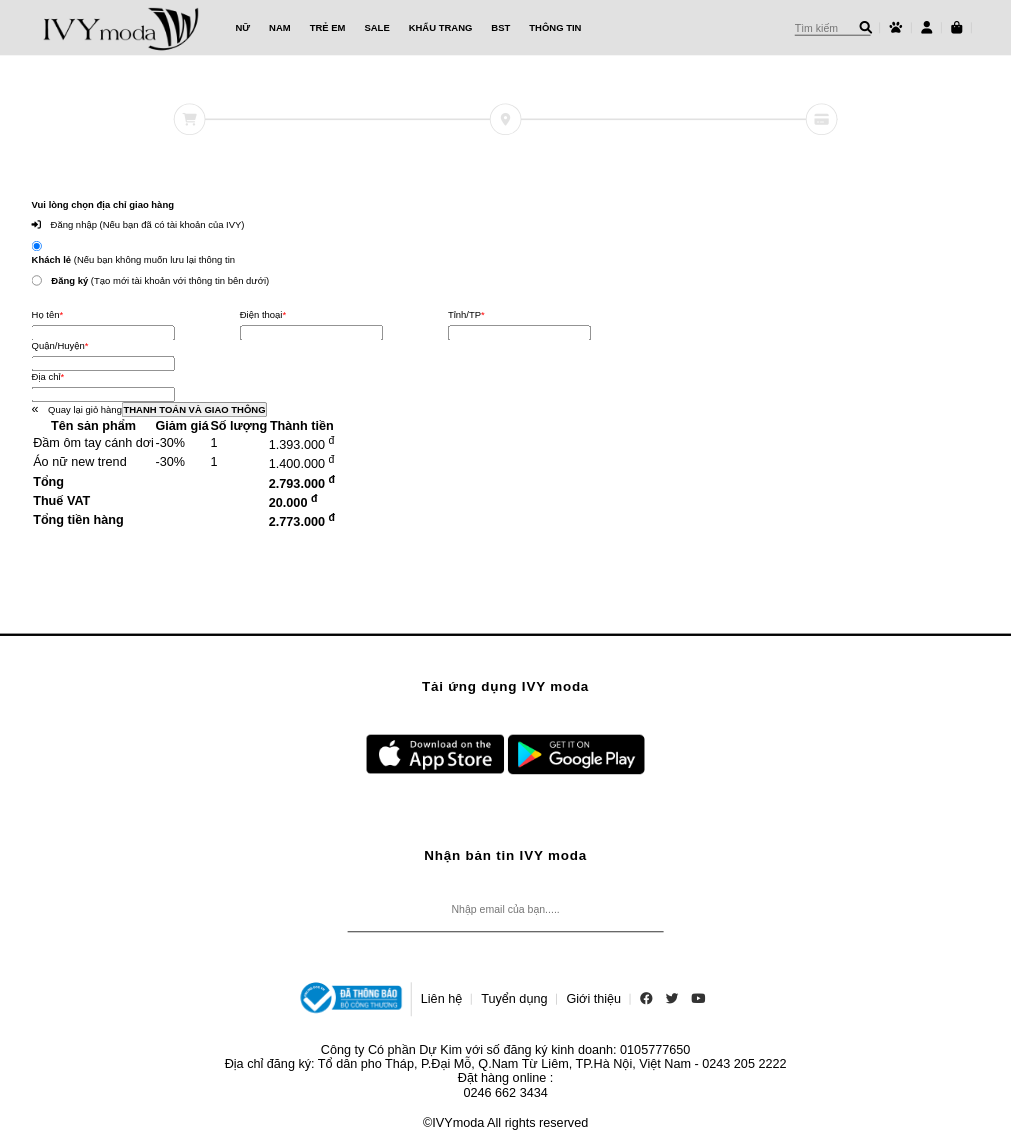
Repository: dinhvanbinh2310/ivy-moda
Page: delivery.html
The author's editor kept a copy of each file at every save. The page is drawn from the files as they stood at one save, then again after the next save.
The browser window is 1280 px wide. The pictures show the whole page, at 79% of full size.

Above is the page before, as saved 2022-05-08 21:30:46.

### delivery.html
<!DOCTYPE html>
<html lang="en">
<head>
    <meta charset="UTF-8">
    <meta http-equiv="X-UA-Compatible" content="IE=edge">
    <meta name="viewport" content="width=device-width, initial-scale=1.0">
    <link rel="stylesheet" href="./fontawesome-free-6.1.1-web/css/all.css">
    <link rel="stylesheet" href="./css/style.css">
    <title>IVY moda</title>
</head>
<body>
<header>
    <div class="logo">
        <img src="./Images/logo.png" alt="logo" class="logo">
    </div>
    <div class="menu">
        <li><a href="">NỮ</a>
            <ul class="sub-menu">
                <li> <a href="">Hàng mới về</a>
                </li>
                <li> <a href="">Collection</a>
                </li>
                <li> <a href=""> Áo</a>
                    <ul>
                        <li> <a href="">Áo sơ mi</a>
                        </li>
                        <li> <a href="">Áo thun</a>
                        </li>
                        <li> <a href="">Áo khoác</a>
                        </li>
                        <li> <a href="">Áo len</a>
                        </li>
                    </ul>
                </li>
                <li> <a href="">Quần</a>
                    <ul>
                        <li> <a href="">Quần jean</a>
                        </li>
                        <li> <a href="">Quần lửng</a>
                        </li>
                        <li> <a href="">Quần dài</a>
                        </li>
                    </ul>
                </li>
            </ul>
        </li>
        <li><a href="">NAM</a>
        </li>
        <li><a href="">TRẺ EM</a>
        </li>
        <li><a href="">SALE</a>
        </li>
        <li><a href="">KHẨU TRANG</a>
        </li>
        <li><a href="">BST</a>
        </li>
        <li><a href="">THÔNG TIN</a>
        </li>
    </div>
    <div class="others">
        <li>
            <input placeholder="Tìm kiếm" type="text"> <i class="fa-solid fa-magnifying-glass"></i>
        </li>
        <li>
            <a class="fa-solid fa-paw" href=""></a>
        </li>
        <li>
            <a class="fa-solid fa-user" href=""></a>
        </li>
        <li>
            <a class="fa-solid fa-bag-shopping" href=""></a>
        </li>
    </div>
</header>
<!-----------------------------delivery----------------------------->
<section class="delivery">
    <div class="container">
        <div class="delivery-top-wrap">
            <div class="delivery-top">
              <div class="delivery-top-delivery delivery-top-item">
                <i class="fa-solid fa-cart-shopping "></i>
              </div>
              <div class="delivery-top-adress delivery-top-item">
                <i class="fa-solid fa-location-dot"></i>
              </div>
              <div class="delivery-top-payment delivery-top-item">
                <i class="fa-solid fa-credit-card "></i>
              </div>
            </div>
    </div>
    </div>
    <div class="container">
        <div class="delivery-content">
            <div class="delivery-content-left">
               <p>Vui lòng chọn địa chỉ giao hàng </p>
            <div class="delivery-content-left-signin row">
                <i class="fa-solid fa-right-to-bracket"></i>
                <p>Đăng nhập (Nếu bạn đã có tài khoản của IVY)</p>
            </div>
            <div class="delivery-content-left-strange-customers">
                <input checked name="loaikhach" type="radio">
                <p>  <span style="font-weight: bold;">  Khách lẻ</span> (Nếu bạn không muốn lưu lại thông tin</p>
            </div>
                <div class="delivery-content-left-signup row">
                    <input name="loaikhach" type="radio">
                    <p>  <span style="font-weight: bold;"> Đăng ký </span>(Tạo mới tài khoản với thông tin bên dưới)
                    </p>
                </div>
                <div class="delivery-content-left-input-top row">
                    <div class="delivery-content-left-input-top-item">
                        <label for="">Họ tên<span style="color: red;">*</span></label>
                        <input type="text">
                    </div>
                    <div class="delivery-content-left-input-top-item">
                        <label for="">Điện thoại<span style="color: red;">*</span></label>
                        <input type="text">
                    </div>
                    <div class="delivery-content-left-input-top-item">
                        <label for="">Tỉnh/TP<span style="color: red;">*</span></label>
                        <input type="text">
                    </div>
                    <div class="delivery-content-left-input-top-item">
                        <label for="">Quận/Huyện<span style="color: red;">*</span></label>
                        <input type="text">
                    </div>
                </div>
                <div class="delivery-content-left-input-input-bottom">
                    <label for="">Địa chỉ<span style="color: red;">*</span></label>
                    <input type="text">
                </div>
                <div class="delivery-content-left-button row">
                    <a href=""> <span>&#171;</span><p>Quay lại giỏ hàng</p></a>
                    <button><p style="font-weight: bold;">THANH TOÁN VÀ GIAO THÔNG</p> </button>
                </div>
            </div>
            <div class="delivery-content-right">
                <table>
                    <tr>
                    <th>Tên sản phẩm</th>
                    <th>Giảm giá</th>
                    <th>Số lượng</th>
                    <th>Thành tiền</th>
                   </tr>
                   <tr>
                       <td>Đầm ôm tay cánh dơi</td>
                       <td>-30%</td>
                       <td>1</td>
                       <td><p>1.393.000 <sup>đ</sup></p></td>
                   </tr>
                   <tr>
                    <td>Áo nữ new trend</td>
                    <td>-30%</td>
                    <td>1</td>
                    <td><p>1.400.000 <sup>đ</sup></p></td>
                </tr>
                <tr>
                    <td style="font-weight: bold;" colspan="3">Tổng</td>
                    <td style="font-weight: bold;"><p>2.793.000 <sup>đ</sup></p></td>
                </tr>
                <tr>
                    <td style="font-weight: bold;" colspan="3">Thuế VAT</td>
                    <td style="font-weight: bold;"><p>20.000 <sup>đ</sup></p></td>
                </tr>
                <tr>
                    <td style="font-weight: bold;" colspan="3">Tổng tiền hàng</td>
                    <td style="font-weight: bold;"><p>2.773.000 <sup>đ</sup></p></td>
                </tr>
                </table>
            </div>
        </div>
    </div>
</section>


<div class="dot-horizontal">
</div>
<!------------------------------Footer---------------------------------->
<section class="app-container">
  <p>Tải ứng dụng IVY moda</p>
  <div class="app-google">
      <img src="./Images/appstore.png" alt="">
      <img src="./Images/googleplay.png" alt="">
  </div>
  <p>Nhận bản tin IVY moda</p>
  <input type="text" placeholder="Nhập email của bạn.....">
</section>

<div class="footer-top">
  <li>
      <a href=""> <img src="./Images/img-congthuong.png" alt="">
      </a>
  </li>
  <li>Liên hệ</li>
  <li>Tuyển dụng</li>
  <li>Giới thiệu</li>
  <li>
      <a href="" class="fa-brands fa-facebook"></a>
      <a href="" class="fa-brands fa-twitter"></a>
      <a href="" class="fa-brands fa-youtube"></a>
  </li>
</div>
<div class="footer-center">

  <p>
      Công ty Có phần Dự Kim với số đăng ký kinh doanh: 0105777650
      <br> Địa chỉ đăng ký: Tổ dân pho Tháp, P.Đại Mỗ, Q.Nam Từ Liêm, TP.Hà Nội, Việt Nam - 0243 205 2222
      <br> Đặt hàng online :
      <br>0246 662 3434
      <br>
  </p>
</div>
<div class="footer-bottom">
  ©IVYmoda All rights reserved
</div>
</body>
  </html>

### css/style.css
*{
  margin: 0;
  padding: 0;
  box-sizing: border-box;
  font-family: Arial, Helvetica, sans-serif;
}
li{
  list-style: none;
}
a{
  text-decoration: none;
  color: #000;
}
header{
  display: flex;
  justify-content: space-between;
  height: 70px;
  padding: 12px 50px;
  align-items: center;
  position: fixed;
  top: 0;
  left: 0;
  z-index: 1;
  background:#DDDDDDDD;
  width: 100%;
}

.logo{
  flex: 1;
  padding-top: 10px;
 size: 5px;
}
.menu{
  flex: 3;
  display: flex;
}
.menu > li{
  padding: 0 12px;
  position: relative;
}
.menu  li a{
  font-size: 12px;
  font-weight: bold;
  display: block;
  line-height: 20px;
}
.menu > li:hover .sub-menu{
  visibility: visible;
  top: 45px;
}
.sub-menu{
  position: absolute;
  width: 150px;
  border: 1px solid #ccc;
  padding: 10px 0 10px 20px;
  visibility: hidden;
  top: 75px;
  transition: 0.3s;
  z-index: 1;
  background-color: #fff;
}
.sub-menu ul{
  padding-left: 20px;
}
.sub-menu li a{
  font-size: 12px;
  font-weight: normal;
}

.others{
  flex: 1;
  display: flex;
}
.others > li{
  padding: 0 12px;
  position: relative;
}
.others>li::after{
  content: "";
  display: block;
  width: 1px;
  height: 75%;
  background: #cccccc;
  position: absolute;
  right: 0;
  top: 50%;
  transform: translateY(-50%);
}
.others > li:first-child{
  position: relative;

}
.others > li:first-child input{
  width: 100%;
  height: 100%;
  background: #0000;
  border: none;
  border-bottom:1px solid #333 ;
}
.others > li:first-child i{
position: absolute;
right: 10px;
}
.sliders{
  overflow: hidden;
}
.aspect-ratio-169 {
  display: block;
  position: relative;
  padding-top: 56.25%;
  transition: 0.3s;
}
.aspect-ratio-169 img {
  display: block;
  position: absolute;
  width: 100%;
  height: 100%;
  top: 0;
  left: 0;
}
.dot-container{
  position:absolute;
  height: 30px;
  width: 100%;
  display: flex;
  justify-content: center;
  padding-top: 10px;
}
.dot-horizontal{
  border-bottom: 3px solid black;
  padding-top: 30px;
 width: 100%;
 height: 100%;
 size: 100%;
}
.dot{
  height: 16px;
  width: 16px;
  background-color: #ccc;
  border-radius: 50%;
  margin-right: 12px;
  cursor: pointer;
}
.dot.active{
  background-color: #333;
}
/* -------------------------------app---------------------------- */
.app-container{
  text-align: center;
  align-items: center;
  padding: 15px 0 50px 0;
}
.app-google{
  margin:50px;
}
.app-google img{
  height: 50px;
  cursor: pointer;
}
.app-container p{
line-height: 20px;
letter-spacing: 1px;
font-size: 17px;
color:#000;
font-weight: bold;
padding-top: 40px;
}
.app-container input{
  margin-top: 50px;
  border: none;
  border-bottom: 1px solid #000;
  padding-bottom: 20px;
  width: 400px;
  text-align: center;
  outline: none;
}
.footer{
  text-align: center;
}
.footer-top{
  display: flex;
  text-align: center;
  justify-content: center;
  align-items: center;
  margin-bottom: 20px;
  height: 70px;
}
.footer-top img{
  height: 50px;
}
.footer-top li{
  padding: 0 12px;
  position: relative;
}
.footer-top li::after{
  content:"";
  display: block;
  width: 1px;
  height: 80%;
  background-color: #cccccc;
  position: absolute;
  right: 0;
  top: 50%;
  transform: translateY(-50%);
}
.footer-top li:last-child::after{
  display: none;
}
.footer-top li:last-child a{
margin-right: 12px;
color:#333;
}
.footer-center{
  text-align: center;
}
.footer-bottom{
  margin: 20px 0;
  text-align: center;
}
/* Cartegory */
.cartegory{
  padding: 100px 0 0;
}
.container{
  max-width: 1200px;
  margin: auto;
}
.row{
  display: flex;
  flex-wrap: wrap;
}
.cartegory-top{
  margin-bottom: 50px;
}
.cartegory-top p{
  font-family: Arial, Helvetica, sans-serif;
margin: 0 12px;
font-size: 12px;
}
.cartegory-left{
  width: 20%;
}
.cartegory-right{
  width: 80%;
}
.cartegory-right-top-item:first-child{
  flex: 2;
font-size: 16px;
font-family: Arial, Helvetica, sans-serif;
font-weight: bold;
}
.cartegory-right-top-item{
  flex: 1;
  padding: 0 12px;
}
.cartegory-right-top-item button{
  width: 100%;
  padding: 10px 15px;
  display: flex;
  justify-content: space-between;
  background-color: #ffff;
  border: 1px solid #dddd;
  cursor: pointer;
}
.cartegory-right-top-item select{
  width: 100%;
  padding: 10px 15px;
  display: flex;
  justify-content: space-between;
  background-color: #ffff;
  border: 1px solid #dddd;
  cursor: pointer;
}
.cartegory-right-content{
  margin-top: 20px;
  justify-content: space-between;
}
.cartegory-right-content-item{
  width: calc(25% - 12px);
  text-align: center;
  padding: 12px 0;
}
.cartegory-right-content-item h1{
  font-size: 11px;
font-family: Arial, Helvetica, sans-serif;
  margin-top: 6px;
  color: #333333;
}
.cartegory-right-content-item img{
  width: 100%;
}
.cartegory-right-content-item p{
  font-size: 12px;
}
.cartegory-right-bottom{
  justify-content: space-between;
  margin: 30px 0 20px;
  width: 100%;
}
.cartegory-right-bottom p{
  font-family: Arial, Helvetica, sans-serif;
font-size: 11px;
}
.cartegory-left ul li{
  padding: 12px 0;
}
.cartegory-left ul li >a{
  color: black;
  font-size: 16px;
  font-weight: bold;
  font-family: Arial, Helvetica, sans-serif;
}
.cartegory-left ul li ul li{
  padding-left: 10px;
}
.cartegory-left-li ul{
  display: none;
}
.cartegory-left-li.block ul{
  display: block;
}
.cartegory-left ul li ul li a{
  color: #333333;
}
/* -----------------Product------------------ */
.product{
  padding: 100px 0;

}
.product-top{
  margin-bottom: 30px;
}
.product-top p{
  font-family: Arial, Helvetica, sans-serif;
  margin: 0 12px;
  font-size: 12px;
}
.product-content-left{
  width: 50%;
}

.product-content-left-big-img{
  width: 80%;
  padding-right: 20px;
}
.product-content-left-big-img img{
  width: 100%;
}
.product-content-left-small-img{
  width: 20%;
}
.product-content-left-small-img img{
  width: 100%;
  cursor: pointer;
}
.product-content-right{
  width: 50%;
  padding-left: 20px;
}
.product-content-right-product-name{
  font-family: Arial, Helvetica, sans-serif;
font-size: 16px;
}
.product-content-right-product-name p{
  color: #cccc;
  font-size: 12px;
}
.product-content-right-product-price{
  margin: 12px 0;
  font-size: 20px;
  font-weight: bold;
  font-family: Arial, Helvetica, sans-serif;
}
.product-content-right-product-color img{
  width: 30px;
  height: 30px;
  border-radius: 50%;
}
.product-content-right-product-color-img{
  height: 40px;
  width: 40px;
  border: 1px soild #333;
  display: flex;
  align-items: center;
  justify-content: center;
  margin: 12px 0;
}
.size span{
  display: inline-block;
  padding: 3px 6px;
  border: 1px solid #dddddd;
  margin: 12px 10px 12px 0;
  font-size: 17px;
  cursor: pointer;
}
.quantity{
  display: flex;
  margin-bottom: 20px;
}
.quantity input{
  width: 35px;
  padding-left: 3px;
}
.product-content-right-product-button button{
  width: 150px;
  height: 40px;
  display: block;
  margin: 20px 0 12px;
  transition: all 0.3s ease;
}
.product-content-right-product-button button:first-child{
  display: flex;
  justify-content: space-evenly;
  align-items: center;
  background-color: #ffff;
  border: 2px solid black;
  cursor: pointer;
}
.product-content-right-product-button button:first-child:hover{
  background-color: black;
  color: #ffff;
}
.product-content-right-product-button button:last-child{
  color: #BF8A49;
  border: 2px solid #BF8A49;
  background-color: #ffff;
  cursor: pointer;
}
.product-content-right-product-icon {
display: flex;
}
.product-content-right-product-icon p{
  list-style: none;
  color: #000;
  font-weight: 200;
  font-size: 14px;
  font-family: Arial, Helvetica, sans-serif;
  margin-right: 6px;
}
.product-content-right-product-icon-item{
  display: flex;
  margin-right: 12px;
  justify-content: center;
  align-items: center;
}
.product-content-right-product-icon-item i{
  font-size: 12px;
  margin-right: 6px;
  display: flex;
}
.product-content-right-product-icon-item p {
margin-left: 6px;
}
.product-content-right-product-qr img{
  margin: 20px 0;
  width:60px;
  height:60px;
}
.product-content-right-bottom{
  padding-top: 40px;
  border-top: 1px solid #dddd;
  position: relative;

}
.product-content-right-bottom-top{
position: absolute;
width: 30px;
height: 30px;
border: 2px solid #dddd;
display: flex;
justify-content: center;
align-items: center;
background-color: #ffff;
left: 50%;
top: -15px;
border-radius: 50%;
transform: translateX(-50%);
cursor: pointer;
}
.product-content-right-bottom-content-title{
  border-bottom: 2px solid #dddd;
}
.product-content-right-bottom-content-title-item{
  padding: 6px;
  cursor: pointer;
  margin-right: 6px;
}
.product-content-right-bottom-content-title-item p{
  font-family: Arial, Helvetica, sans-serif;
  font-size: 14px;
}
.product-content-right-bottom-content{
  padding-top: 30px;
  color: #3e3e3f;
  font-size: 14px;
 }
 .product-content-right-bottom-content-detail{
   display: none;
 }
 .product-content-right-bottom-content-detail th{
   padding-right: 50px;
   text-align: left;
 }
 .product-content-right-bottom-content-preserve{
  display: none;
 }
.activeB{
  display: none;
}
/*---------------------product related----------------- */
.product-related{
  margin-bottom: 50px;
}
.product-related-title{
  margin: 20px 0;
}
.product-related-title p{
  font-family: Arial, Helvetica, sans-serif;
  font-size: 14px;
  font-weight: bold;
  color: #333;
}
.product-related-item{
  width: 20%;
  text-align: center;
  padding: 0 6px;
}
.product-related-item img{
  width: 100%;
}
.product-related-item h1{
  font-family: Arial, Helvetica, sans-serif;
  font-size: 12px;
  color: #333;
  margin-top: 6px;
}
.product-related-item p{
  font-size: 12px;
  text-decoration: line-through;
}
/*-----------------------------cart-----------------------------*/
.cart{
  padding: 100px 0;
}
.cart-top-wrap{
  display: flex;
  justify-content: center;
  align-items: center;
}
.cart-top{
  display: flex;
  height: 2px;
  width: 70%;
  background-color: #ddd;
  justify-content: space-between;
  align-items: center;
  margin: 50px 0 100px;
}
.cart-top-item{
  width: 40px;
  height: 40px;
  border-radius: 50%;
  border: 1px solid #dddd;
  display: flex;
  align-items: center;
  justify-content: center;
  background-color: #fff;
}
.cart-top-item i{
  color: #dddd;
}
.cart-top-cart {
  border: 1px solid #0DB7EA;
}
.cart-top-cart i{
  color: #0DB7EA;
}
.cart-content-left{
  flex: 2;
  padding-right: 12px;
}
.cart-content-left table{
  width: 100%;
  text-align: center;
}
.cart-content-left table th{
  padding-bottom: 30px;
  font-family: Arial, Helvetica, sans-serif;
  font-style: 12px;
  text-transform: uppercase;
  color: #333;
  border-collapse: collapse;
  border-bottom: 2px solid #dddd;
}
.cart-content-left table p{
  padding-bottom: 30px;
  font-family: Arial, Helvetica, sans-serif;
  color: #333;
}
.cart-content-left table input{
  width: 30px;
  margin-bottom: 30px;
}
.cart-content-left table span{
  display: block;
  margin-bottom: 30px;
  width: 20px;
  height: 20px;
  border: 1px solid #ddd;
  cursor: pointer;
}
.cart-content-left table td{
  padding: 20px 0;
  border-bottom: 2px solid #ddd;
}
.cart-content-left table td img{
  padding-bottom: 30px;
  font-family: Arial, Helvetica, sans-serif;
}
.cart-content-left td:first-child img{
  width: 130px;
}
.cart-content-left td:nth-child(2){
  max-width: 130px;
}
.cart-content-left td:nth-child(3) img{
  width: 30px;
}
.cart-content-right{
  flex: 1;
  padding-left: 12px;
  border-left: 2px solid #dddd;
}
.cart-content-right table{
  width: 100%;
}
.cart-content-right table th{
  padding-bottom: 35px;
  font-family: Arial, Helvetica, sans-serif;
  font-size: 12px;
  color: #333;
  border-collapse: collapse;
  border-bottom: 2px solid #dddd;
}
.cart-content-right table td{
  font-family: Arial, Helvetica, sans-serif;
  font-size: 12px;
  color: #333;
  padding: 6px 0;
}
.cart-content-right tr:nth(4) td{
  border-bottom: 2px solid #dddd;

}
.cart-content-right tr td:last-child{
  text-align: right;
}
.cart-content-right-text{
  margin: 20px 0;
  text-align: center;
}
.cart-content-right-text p{
  font-family: Arial, Helvetica, sans-serif;
  font-size: 12px;
  color: #333;
  padding-top: 20px;
}
.cart-content-right-button{
  text-align: center;
  align-items: center;
}
.cart-content-right-button button{
  padding: 0 18px;
  margin-top: 20px;
  height: 35px;
  cursor: pointer;;
}
.cart-content-right-button button:first-child{
  background-color: #fff;
  border: 1px solid black;
  margin-right: 20px;
}
.cart-content-right-button button:first-child:hover{
  background-color: #ddd;
}
.cart-content-right-button button:last-child{
  background-color: black;
  color: #fff;
  border: none;
  border: 1px solid black;
}
.cart-content-right-button button:last-child:hover{
  background-color: #dddd;
  color: black;
}
.cart-content-right-login{
  margin-top: 20px;
}
.cart-content-right-login p{
  font-family: Arial, Helvetica, sans-serif;
  font-size: 12px;
  color: #333;
  padding-top: 30px;
}
/*-----------------------------Delivery-----------------------------*/
.delivery{
  padding: 100px 0;
}
.delivery-top-wrap{
  display: flex;
  justify-content: center;
  align-items: center;
}
.delivery-top{
  height: 2px;
  width: 70%;
  background-color: #dddd;
  display: flex;
  justify-content: space-between;
  align-items: center;
  margin: 50px 0 100px;
}
.delivery-top-item{
  width: 40px;
  height: 40px;
  border-radius: 50%;
  border: 1px solid #dddd;
  display: flex;
  align-items: center;
  justify-content: center;
  background-color: #fff;
}
.delivery-top-item i{
  color: #dddd;
}
.delivery-top-adress{
  color: #0DB7EA;
}
.delivery-content-left{
  width: 60%;
  padding-right: 12px;
}
.delivery-content-left p{
  font-family: Arial, Helvetica, sans-serif;
  font-size: 12px;
}
.delivery-content-left label{
  font-family: Arial, Helvetica, sans-serif;
  font-size: 12px;
  margin-bottom: 6px;
  display: block;
}
.delivery-content-left > p{
  font-weight: bold;
}
.delivery-content-left-signin{
  margin-top: 12px;
}
.delivery-content-left-signin i{
  font-size: 12px;
  margin-right: 12px;
}
.delivery-content-left-strange-customers{
  margin: 12px 0;
}
.delivery-content-left-strange-customers input{
  margin-right: 12px;
}
.delivery-content-left-signup{
  margin-bottom: 30px;
}
.delivery-content-left-signup  input{
  margin-right: 12px;
}
.delivery-content-left-input-top{
justify-content: space-between;
}
.elivery-content-left-input-top-item{
  width: calc(50%-12px);
}
.elivery-content-left-input-bottom input{
  width: 100%;
  height: 35px;
  border: 1px solid #dddd;
  padding-left: 6px;
}
.delivery-content-left-button p {
display: inline-block;
font-family: Arial, Helvetica, sans-serif;
font-size: 12px;
}
.delivery-content-left-button span{
  margin-right: 12px;
}
..delivery-content-left-button{
  justify-content: space-between;
  padding-top: 20px;
}

Loaded but not shown: fontawesome-free-6.1.1-web/css/all.css (library)

After the next save:
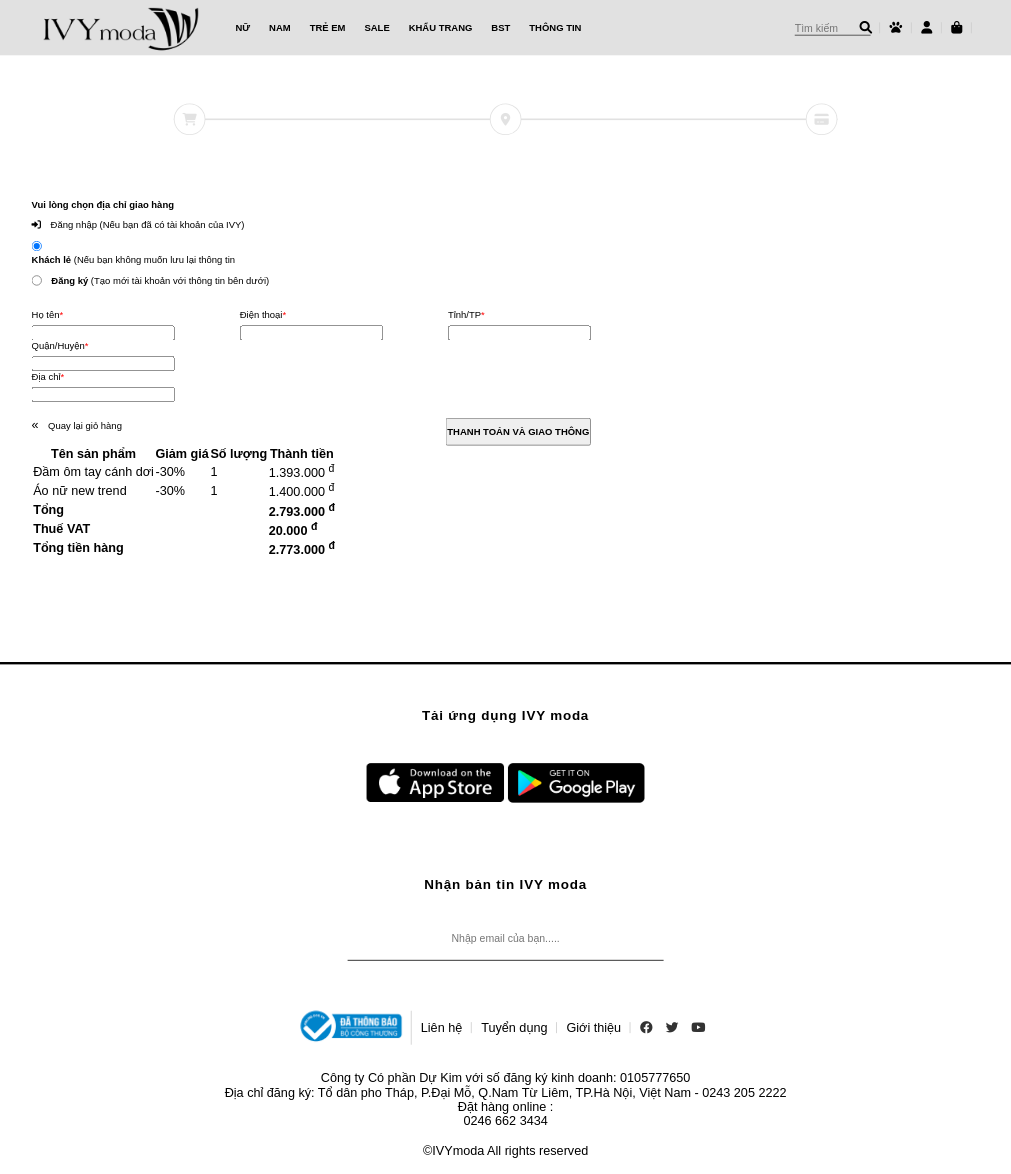
Saved 20 s later.
--- a/css/style.css
+++ b/css/style.css
@@ -792,7 +792,10 @@
 .delivery-content-left-button span{
   margin-right: 12px;
 }
-..delivery-content-left-button{
+.delivery-content-left-button{
   justify-content: space-between;
   padding-top: 20px;
 }
+.delivery-content-left-button button{
+  height: 35px;
+}
